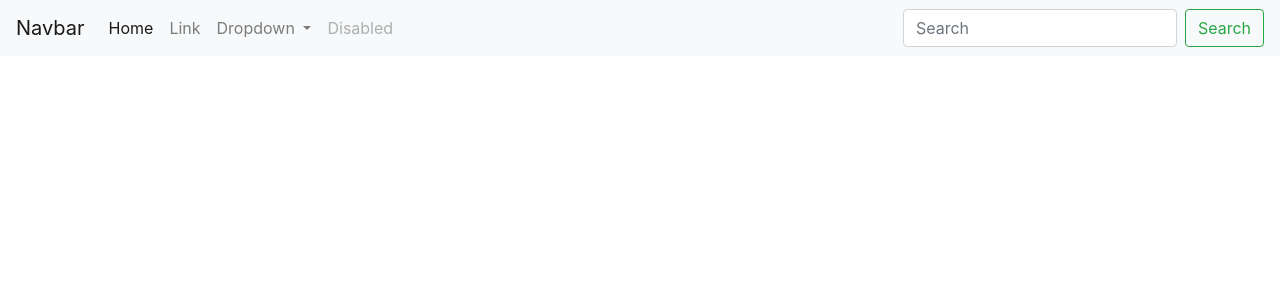
Repository: AalokJadhav/Weather_App
Page: public/index.html
These files come from the project's save history. The page is drawn as it stood at one moment and after the next save; the edit follows.
The browser window is 1280 px wide. The pictures show the whole page.

Above is the page before, as saved 2020-11-14 23:49:28.

After the next save:
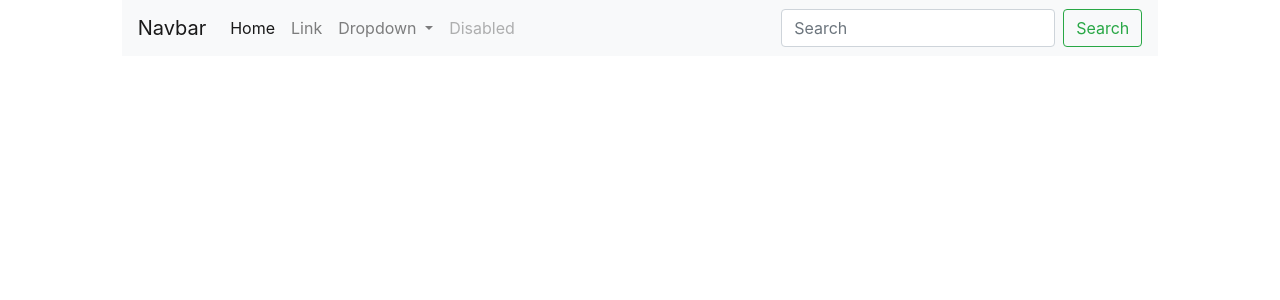
Saved 4 min 0 s later.
--- a/public/index.html
+++ b/public/index.html
@@ -21,41 +21,48 @@
 </head>
 
 <body>
-    <nav class="navbar navbar-expand-lg navbar-light bg-light">
-        <a class="navbar-brand" href="#">Navbar</a>
-        <button class="navbar-toggler" type="button" data-toggle="collapse" data-target="#navbarSupportedContent" aria-controls="navbarSupportedContent" aria-expanded="false" aria-label="Toggle navigation">
-          <span class="navbar-toggler-icon"></span>
-        </button>
+<div class="container-fluid main-menu">
+    <div class="row">
+        <div class="col-md-10 col-12 mx-auto">
+            <nav class="navbar navbar-expand-lg navbar-light bg-light">
+                <a class="navbar-brand" href="#">Navbar</a>
+                <button class="navbar-toggler" type="button" data-toggle="collapse" data-target="#navbarSupportedContent" aria-controls="navbarSupportedContent" aria-expanded="false" aria-label="Toggle navigation">
+                  <span class="navbar-toggler-icon"></span>
+                </button>
 
-        <div class="collapse navbar-collapse" id="navbarSupportedContent">
-          <ul class="navbar-nav mr-auto">
-            <li class="nav-item active">
-              <a class="nav-link" href="#">Home <span class="sr-only">(current)</span></a>
-            </li>
-            <li class="nav-item">
-              <a class="nav-link" href="#">Link</a>
-            </li>
-            <li class="nav-item dropdown">
-              <a class="nav-link dropdown-toggle" href="#" id="navbarDropdown" role="button" data-toggle="dropdown" aria-haspopup="true" aria-expanded="false">
-                Dropdown
-              </a>
-              <div class="dropdown-menu" aria-labelledby="navbarDropdown">
-                <a class="dropdown-item" href="#">Action</a>
-                <a class="dropdown-item" href="#">Another action</a>
-                <div class="dropdown-divider"></div>
-                <a class="dropdown-item" href="#">Something else here</a>
-              </div>
-            </li>
-            <li class="nav-item">
-              <a class="nav-link disabled" href="#">Disabled</a>
-            </li>
-          </ul>
-          <form class="form-inline my-2 my-lg-0">
-            <input class="form-control mr-sm-2" type="search" placeholder="Search" aria-label="Search">
-            <button class="btn btn-outline-success my-2 my-sm-0" type="submit">Search</button>
-          </form>
+                <div class="collapse navbar-collapse" id="navbarSupportedContent">
+                  <ul class="navbar-nav mr-auto">
+                    <li class="nav-item active">
+                      <a class="nav-link" href="#">Home <span class="sr-only">(current)</span></a>
+                    </li>
+                    <li class="nav-item">
+                      <a class="nav-link" href="#">Link</a>
+                    </li>
+                    <li class="nav-item dropdown">
+                      <a class="nav-link dropdown-toggle" href="#" id="navbarDropdown" role="button" data-toggle="dropdown" aria-haspopup="true" aria-expanded="false">
+                        Dropdown
+                      </a>
+                      <div class="dropdown-menu" aria-labelledby="navbarDropdown">
+                        <a class="dropdown-item" href="#">Action</a>
+                        <a class="dropdown-item" href="#">Another action</a>
+                        <div class="dropdown-divider"></div>
+                        <a class="dropdown-item" href="#">Something else here</a>
+                      </div>
+                    </li>
+                    <li class="nav-item">
+                      <a class="nav-link disabled" href="#">Disabled</a>
+                    </li>
+                  </ul>
+                  <form class="form-inline my-2 my-lg-0">
+                    <input class="form-control mr-sm-2" type="search" placeholder="Search" aria-label="Search">
+                    <button class="btn btn-outline-success my-2 my-sm-0" type="submit">Search</button>
+                  </form>
+                </div>
+              </nav>
         </div>
-      </nav>
+    </div>
+</div>
+
 </body>
 
 </html>
